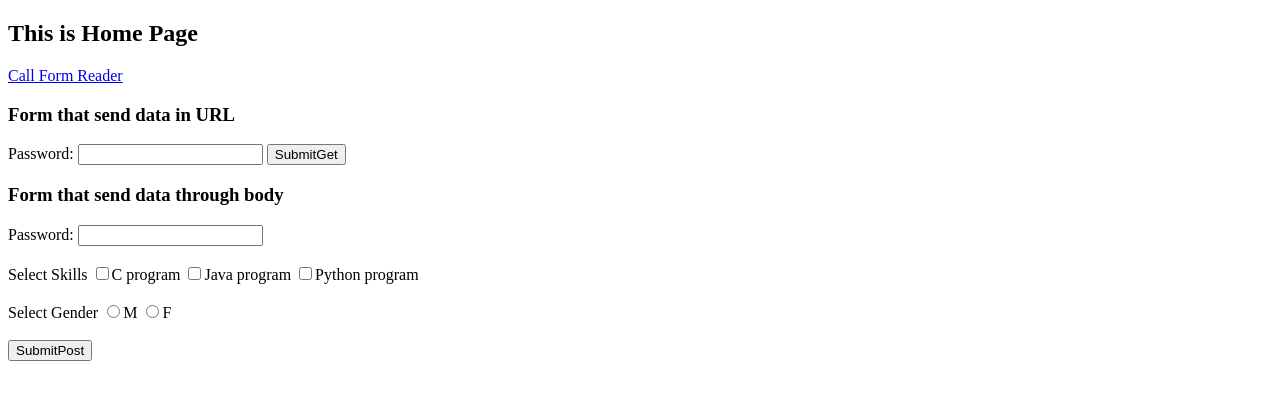
Repository: nikant20/Training
Page: javaee-web25/WebContent/home.html
The author's editor kept a copy of each file at every save. The page is drawn from the files as they stood at one save, then again after the next save.
The browser window is 1280 px wide. The pictures show the whole page.

Above is the page before, as saved 2018-09-19 11:23:00.

### javaee-web25/WebContent/home.html
<!DOCTYPE html>
<html>
<head>
<meta charset="ISO-8859-1">
<title>JSP Demo</title>
</head>
<body>
	<h2>This is Home Page</h2>

	<a href="FormReaderServlet">Call Form Reader</a>

	<h3>Form that send data in URL</h3>

	<!-- if any thing isn't mentioned, it is by default get method -->
	<form action="FormReaderServlet">
		Password: <input type="password" name="pass">
		<input type="submit" value="SubmitGet">
	</form>

	<h3>Form that send data through body</h3>
	<form action="FormReaderServlet" method="post">
		Password: <input type="password" name="pass"><br><br>
		Select Skills <input type="checkbox" name="skills" value="C">C program
					  <input type="checkbox" name="skills" value="J">Java program
					  <input type="checkbox" name="skills" value="P">Python program<br><br>
		Select Gender <input type="radio" name="gender" value="Male">M
					  <input type="radio" name="gender" value="Female">F<br><br>
		<input type="submit" value="SubmitPost">
	</form>

</body>
</html>

After the next save:
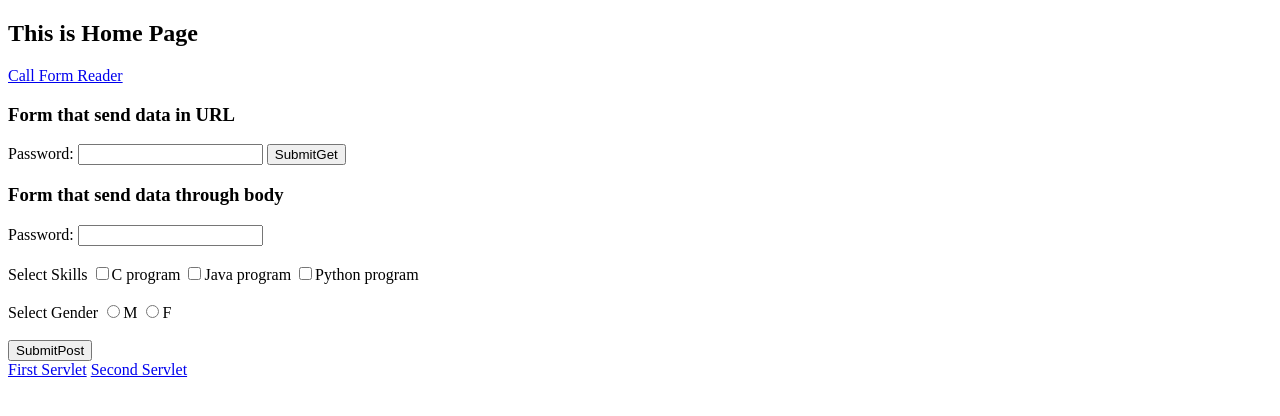
Saved 4 min 21 s later.
--- a/javaee-web25/WebContent/home.html
+++ b/javaee-web25/WebContent/home.html
@@ -28,5 +28,8 @@
 		<input type="submit" value="SubmitPost">
 	</form>
 
+	<a href="WebXmlServlet">First Servlet</a>
+	<a href="WebXmlServlet2">Second Servlet</a>
+
 </body>
 </html>
